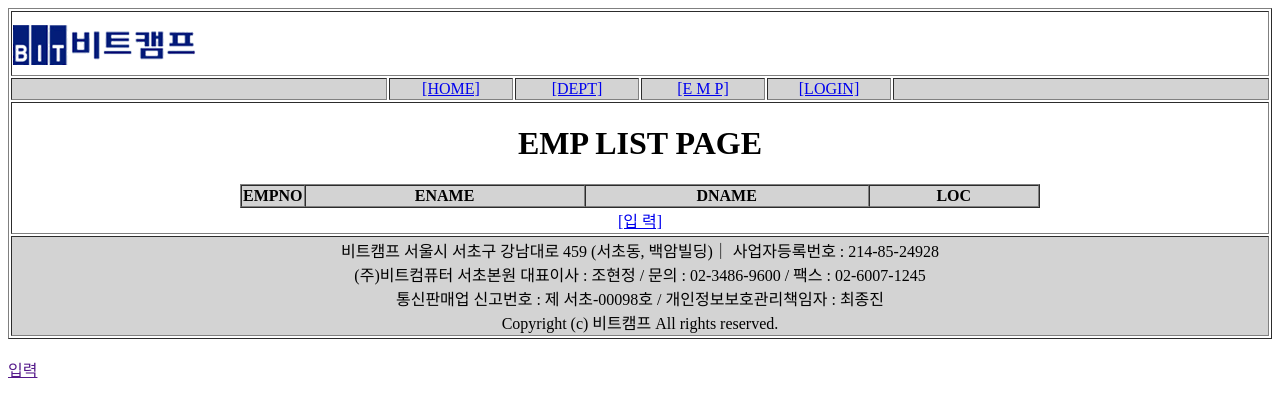
Repository: Deepsky110/LectureNotes
Page: http://localhost/web03/emp/edit.jsp
These files come from the project's save history. The page is drawn as it stood at one moment and after a run of saves; the edit follows.
The browser window is 1280 px wide. The pictures show the whole page.
The page is served by Tomcat 9. Queries for data that is not in the repository find no rows.

Above is the page before, as saved 2020-07-01 07:36:11.

After the next 2 saves:
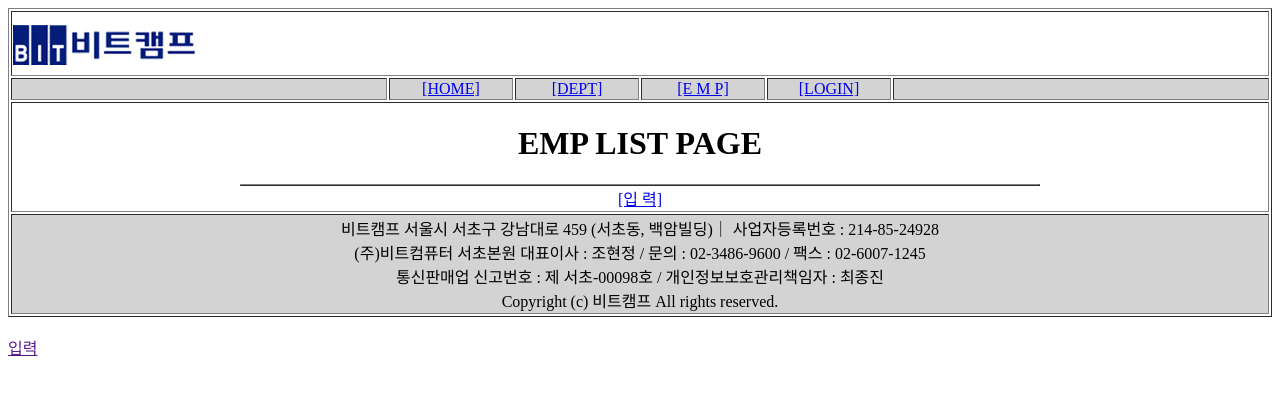
The 2 saves are shown as one change because 1 did not build or start.
The last was saved 4 min 37 s later.
--- a/web03/WebContent/emp/edit.jsp
+++ b/web03/WebContent/emp/edit.jsp
@@ -36,15 +36,12 @@
 
          <h1>EMP LIST PAGE</h1>
          <table border="1" width="800" cellspacing="0">
-            <tr>
-               <th width="50" bgcolor="lightgray">EMPNO</th>
-               <th bgcolor="lightgray">ENAME</th>
-               <th bgcolor="lightgray">DNAME</th>
-               <th bgcolor="lightgray">LOC</th>
-            </tr>
          <%
-
-         String sql="select empno,ename,dname,loc from emp inner join dept using (deptno)";
+         String empno = request.getParameter("empno");
+         String sql="select empno,ename,job,mgr,hiredate,sal,comm,";
+         sql+="(select dname from dept where dept.deptno = emp.deptno) ";
+         sql+="from emp where empno="+empno;
+         ;
          String driver="oracle.jdbc.driver.OracleDriver";
          String url="jdbc:oracle:thin:@localhost:1521:xe";
          String user="scott";
